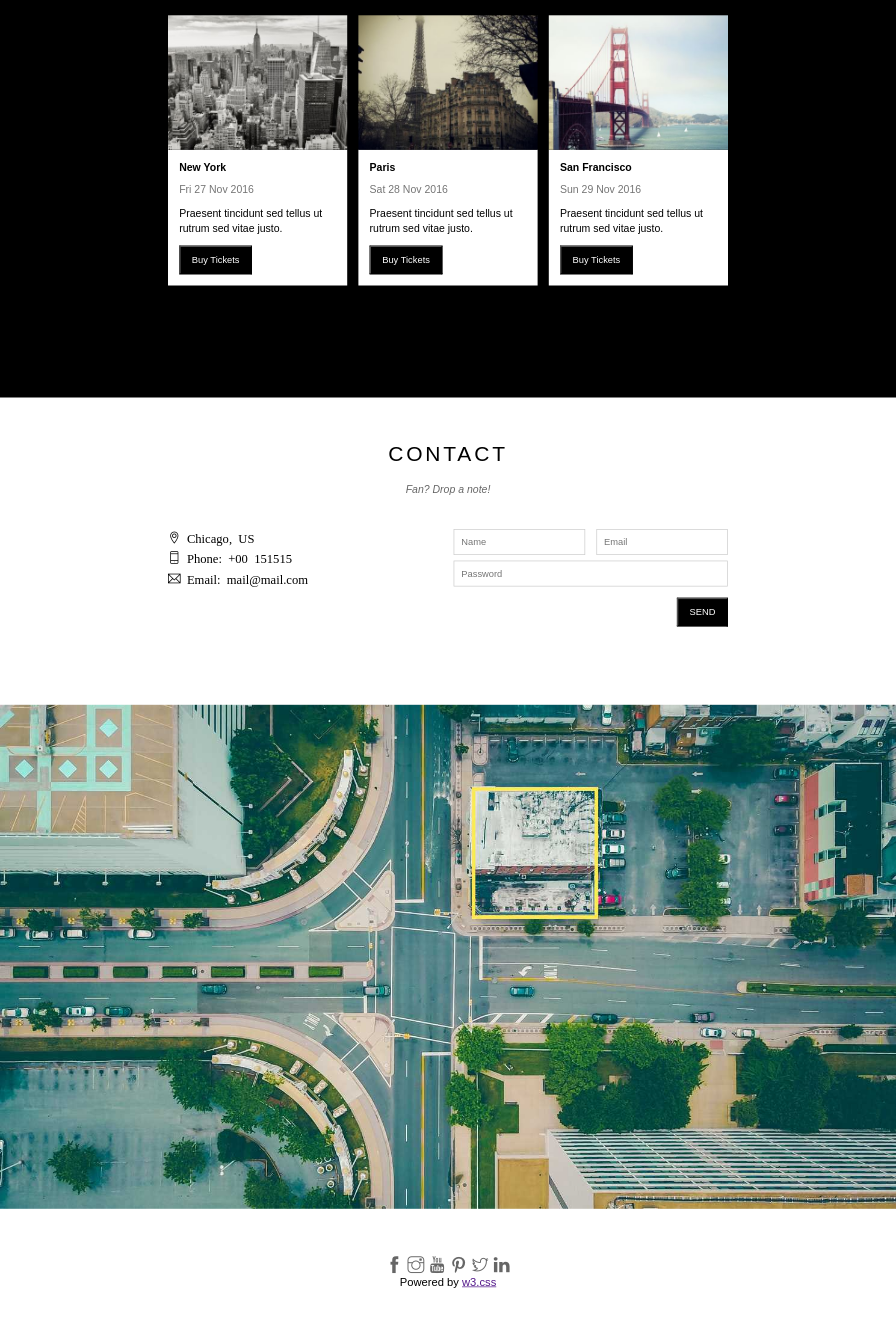
Repository: duyhung0311/band_music
Page: index.html
The author's editor kept a copy of each file at every save. The page is drawn from the files as they stood at one save, then again after the next save.
The browser window is 1280 px wide. The pictures show the part of the page from y = 1637 to 3557 px (the page is 3542 px tall before and 3557 px after), at 70% of full size.

Above is the page before, as saved 2021-08-15 13:52:20.

After the next save:
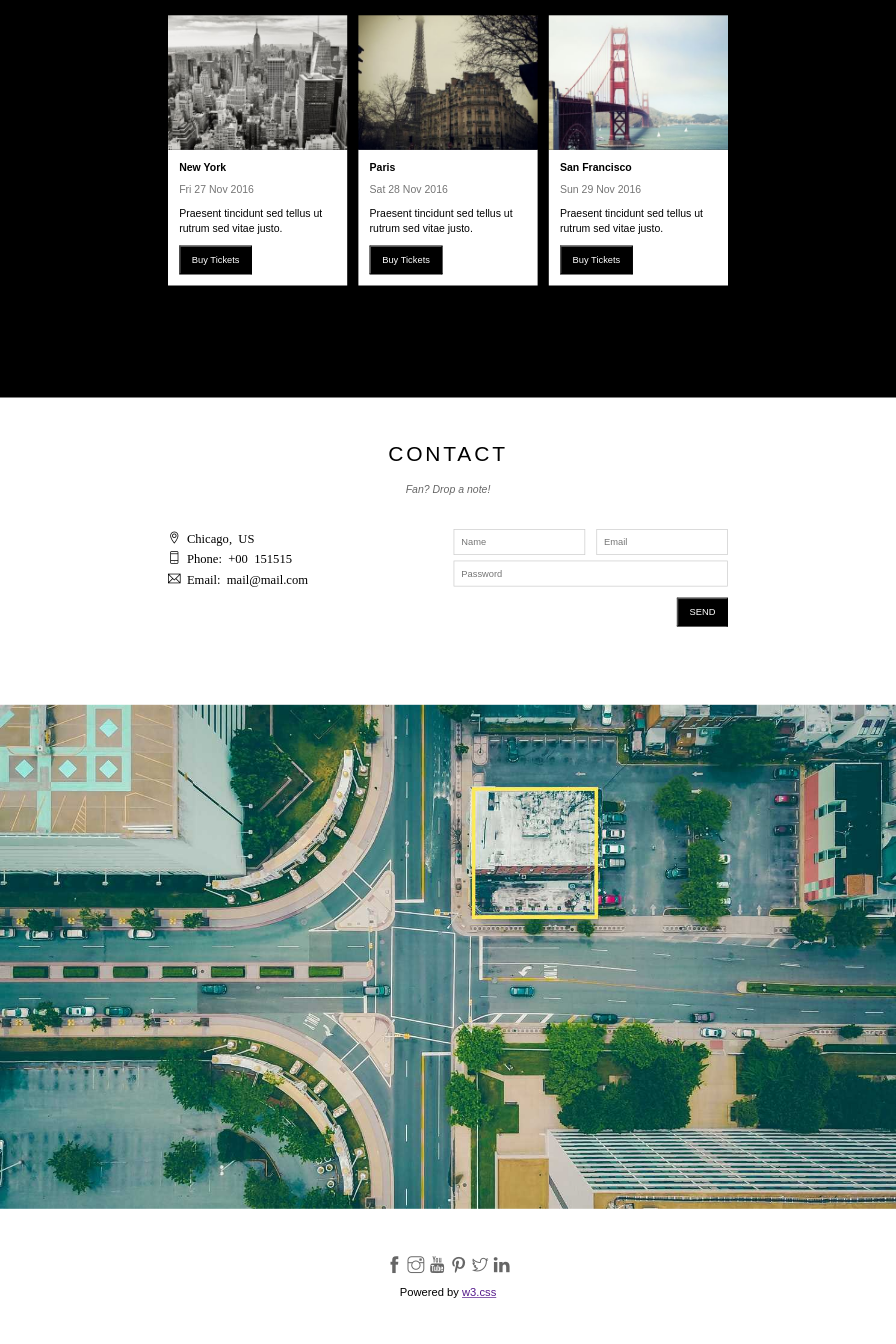
Saved 59 s later.
--- a/assets/css/style.css
+++ b/assets/css/style.css
@@ -307,6 +307,9 @@
 #footer .social-list  a:hover {
     color: rgba(0, 0, 0, 0.3);
 }
+#footer .copy-right {
+    margin-top: 15px;
+}
 .modal{
     position: fixed;
     top: 0;
